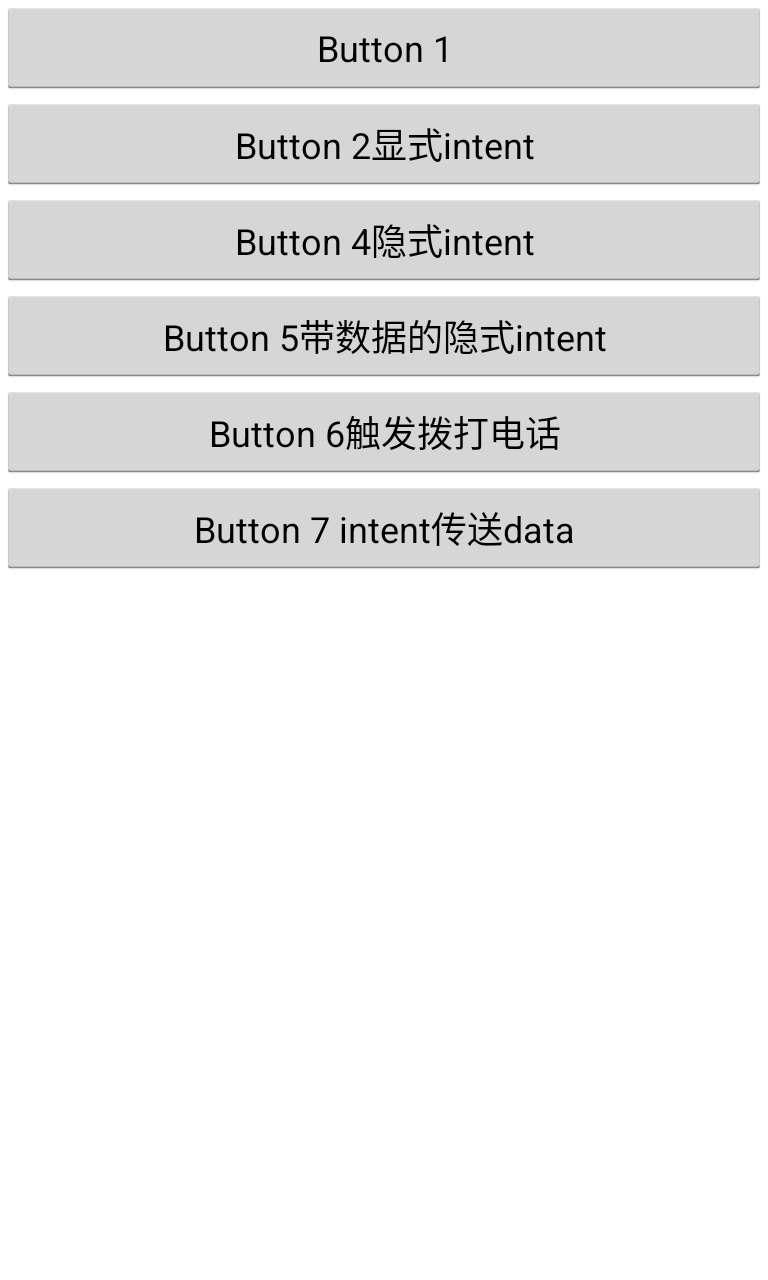
Repository: liujianpc/AndroidStudy
Layout: TestOptionMenue/res/layout/main_activity.xml
The author's editor kept a copy of each file at every save. The layout is drawn from the files as they stood at one save, then again after the next save.
It is drawn on a 768 x 1280 px phone screen (xhdpi) without system bars, with theme AppTheme; the app's code is not run.

Above is the layout before, as saved 2016-07-10 06:13:14.

After the next save:
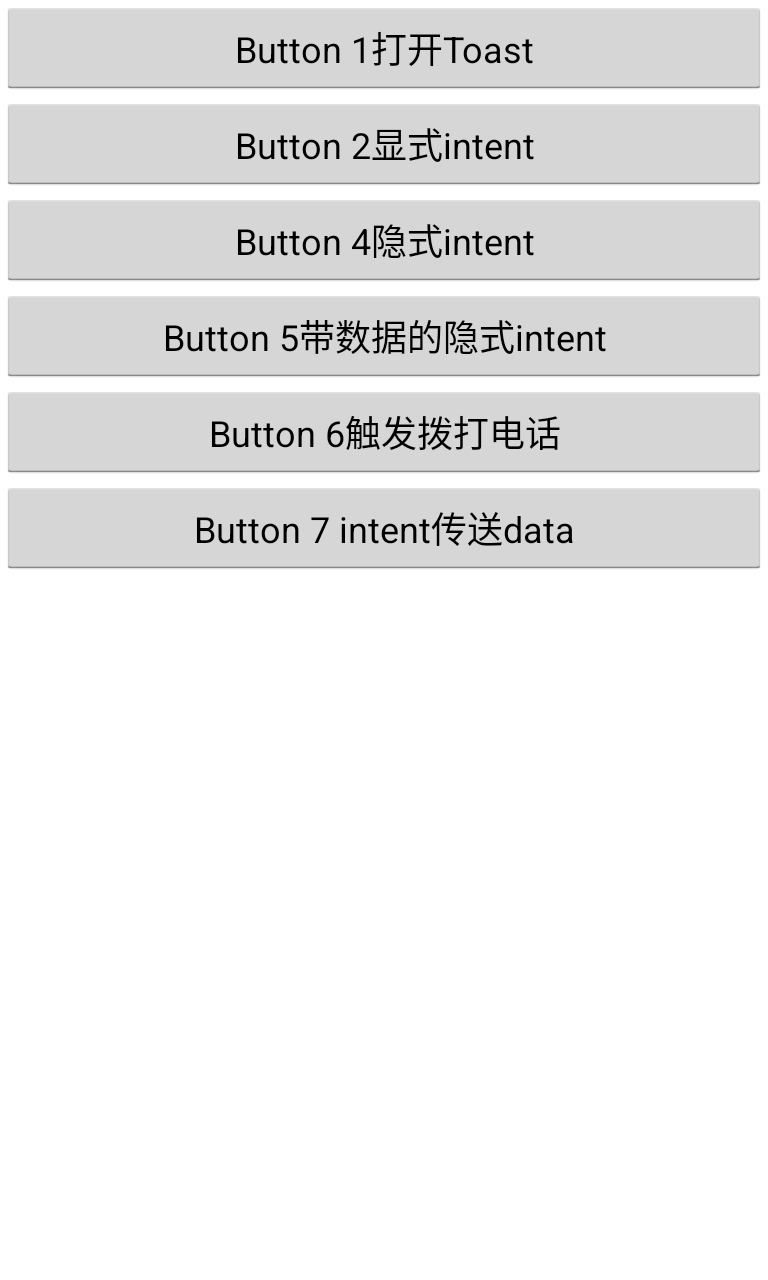
Saved 5 min 47 s later.
--- a/TestOptionMenue/res/values/strings.xml
+++ b/TestOptionMenue/res/values/strings.xml
@@ -8,7 +8,7 @@
     <string name="title_activity_test_menu">TestMenuActivity</string>
     <string name="hello_world">此activity由带数据的隐式intent打开</string>
     <string name="action_settings">Settings</string>
-    <string name="Button_1">Button 1</string>
+    <string name="Button_1">Button 1打开Toast</string>
     <string name="Button_2">Button 2显式intent</string>
     <string name="Button_3">Button 3</string>
     <string name="Button_4">Button 4隐式intent</string>
